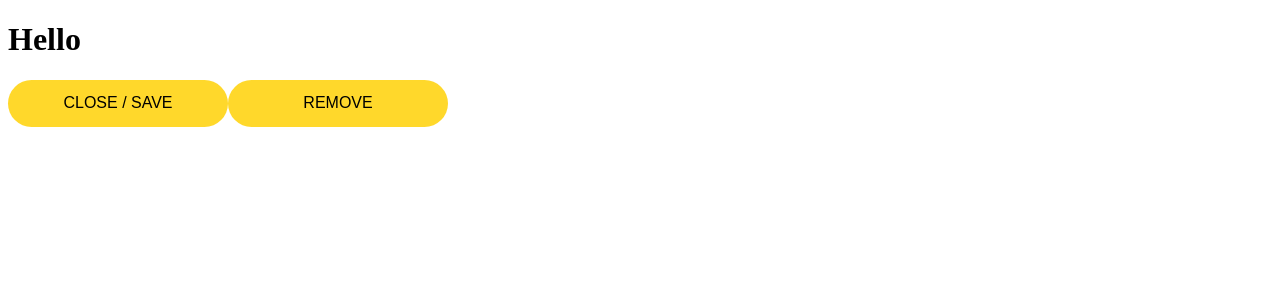
Repository: hanss007/fav-note
Page: /
An editor plug-in stored every save of this project. The page is shown before and after the next save, followed by the edit.
The browser window is 1280 px wide. The pictures show the whole page.
The project was rebuilt for these pictures with package versions that can differ from the ones it lists, and the page was loaded fresh each time.

Above is the page before, as saved 2020-11-17 08:44:35.

### src/index.js
import React from 'react';
import ReactDOM from 'react-dom';
import Root from 'view/Root/Root';

ReactDOM.render(<Root />, document.getElementById('root'));

### src/view/Root/Root.js
import React from 'react';
import Button from 'components/Button/Button';

const Root = () => (
  <div>
    <h1>Hello</h1>
    <Button>Close / Save</Button>
    <Button secondary>Remove</Button>
  </div>
);

export default Root;

### src/components/Button/Button.js
import styled from 'styled-components';

const Button = styled.button`
  padding: 0;
  background-color: ${(props) => (props.secondery ? '#E6E6E6' : '#FFD82B')};
  width: 220px;
  height: 47px;
  border: none;
  border-radius: 50px;
  font-family: 'Montserrat', sans-serif;
  font-weight: 500;
  font-size: 16px;
  text-transform: uppercase;
`;

export default Button;

Loaded but not shown: public/index.html (common file)

After the next save:
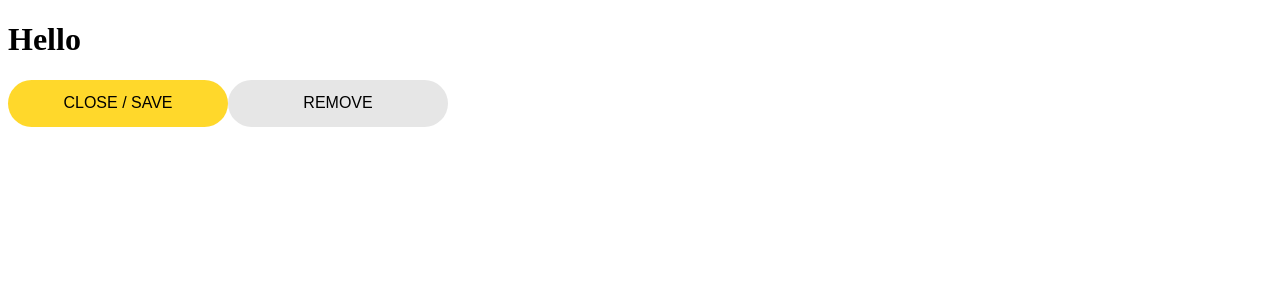
Saved 24 s later.
--- a/src/components/Button/Button.js
+++ b/src/components/Button/Button.js
@@ -2,7 +2,7 @@ import styled from 'styled-components';
 
 const Button = styled.button`
   padding: 0;
-  background-color: ${(props) => (props.secondery ? '#E6E6E6' : '#FFD82B')};
+  background-color: ${(props) => (props.secondary ? '#E6E6E6' : '#FFD82B')};
   width: 220px;
   height: 47px;
   border: none;
